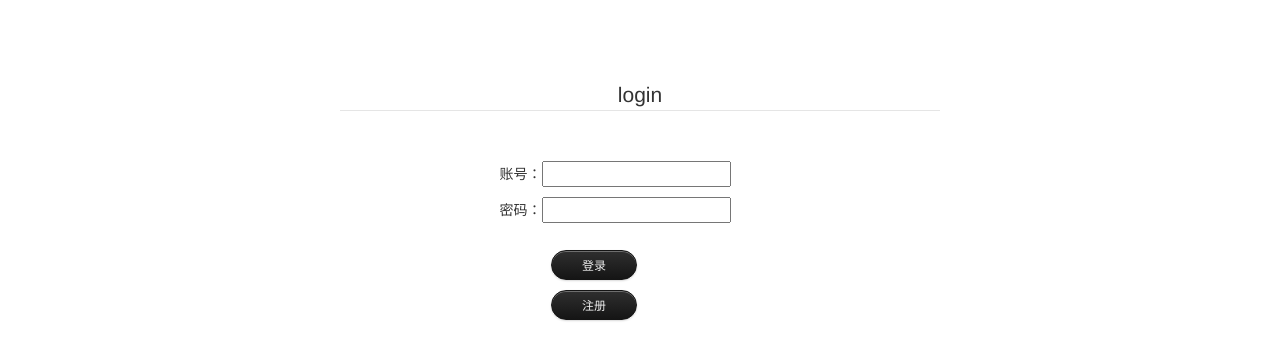
Repository: silzx/learning
Page: http://localhost/MyBatis/
These files come from the project's save history. The page is drawn as it stood at one moment and after the next save; the edit follows.
The browser window is 1280 px wide. The pictures show the whole page.
The page is served by Tomcat 9.

Above is the page before, as saved 2017-11-13 02:24:44.
Console error (its wording comes from the project's code and is left out).

After the next save:
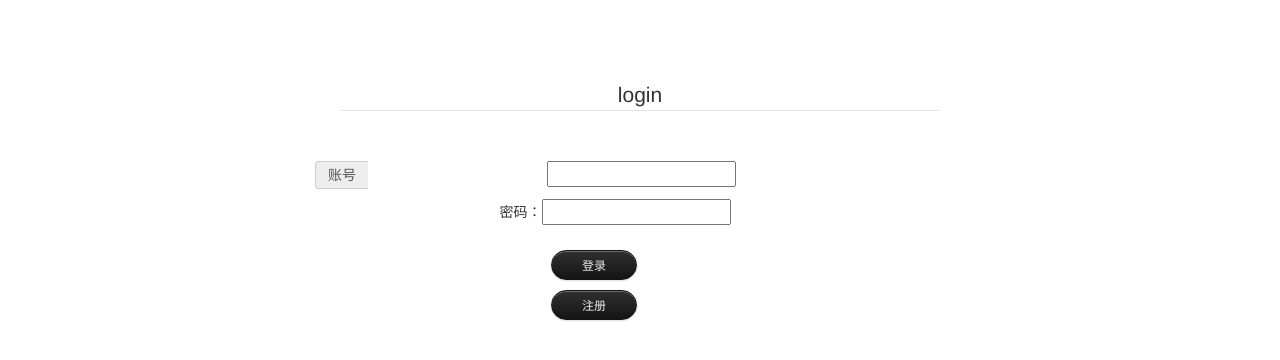
Saved 14 s later.
--- a/MyBatis/WebContent/index.jsp
+++ b/MyBatis/WebContent/index.jsp
@@ -68,7 +68,8 @@ String basePath = request.getScheme()+"://"+request.getServerName()+":"+request.
 				<form action="<%=basePath%>UserAction/userLogin.action" method="post">
 				<span style="color: red; visibility: hidden;" id="error" >账号或者密码错误</span><p>
 				<div id="reset" class="input-group">
-					账号：<input type="text" name="u.name" value="<%=name %>">
+					<span class="input-group-addon">账号</span>
+					<input type="text" name="u.name" value="<%=name %>">
 				</div>
 				<p/>
 				<div id="pad">密码：<input type="password" name="u.pwd"><p><br/></div>
